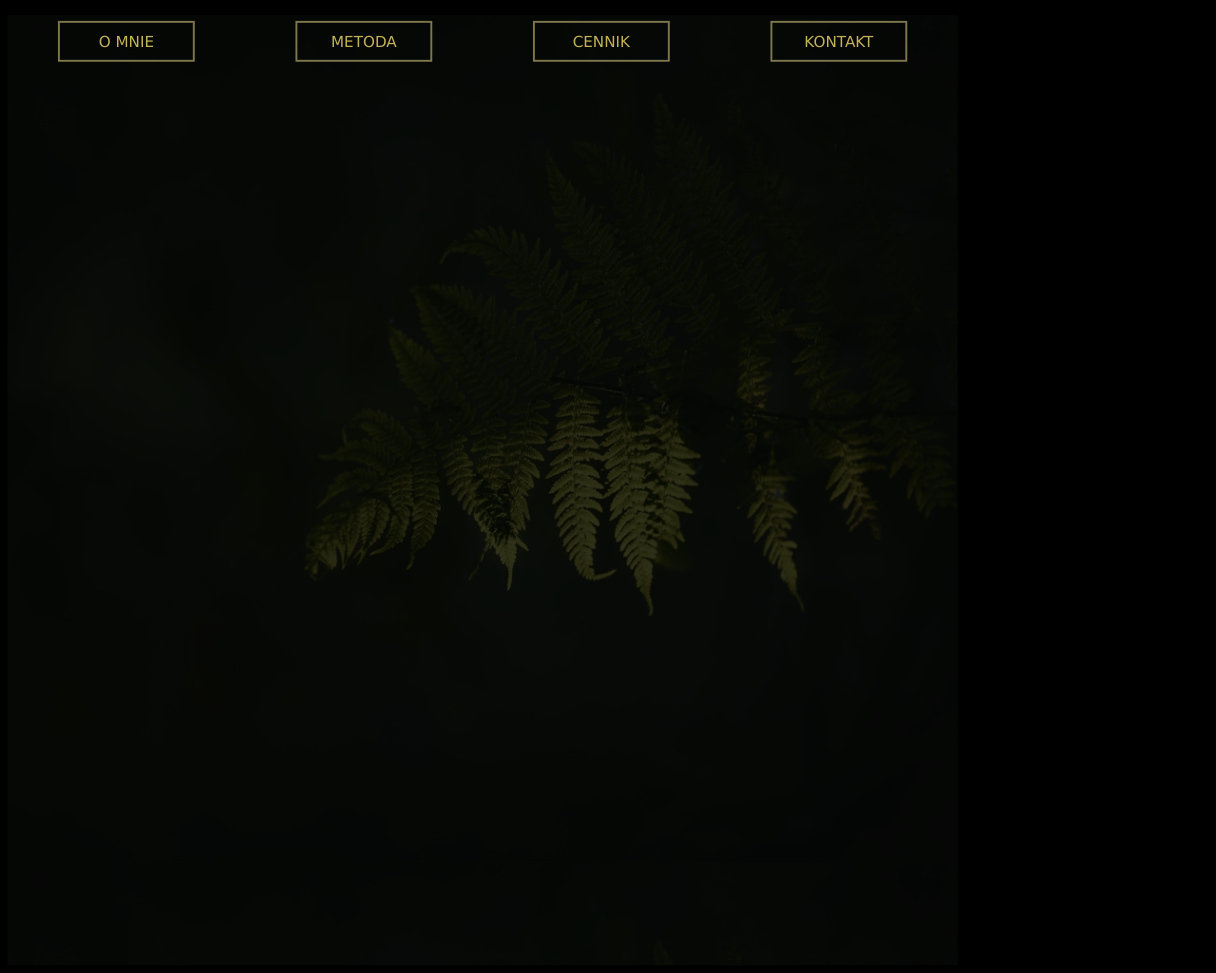
Repository: LechCieslak/Anna_Cieslak_v2.1
Page: index.html
An editor plug-in stored every save of this project. The page is shown before and after a run of saves, followed by the edit.
The browser window is 1280 px wide. The pictures show the whole page, at 95% of full size.

Above is the page before, as saved 2020-09-17 16:05:29.

### index.html
<!DOCTYPE html>
<html lang="pl">
<head>
    <meta charset="UTF-8">
    <meta name="viewport" content="width=device-width, initial-scale=1.0">
    <link rel="stylesheet" href="style.css">
    <title>Przyjazne miejsce</title>
</head>
<body>
    <main>

            <div class="menu">
                <ul>
                    <li class="li1">O MNIE</li>
                    <li class="li2">METODA</li>
                    <li class="li3">CENNIK</li>
                    <li class="li4">KONTAKT</li>
                </ul>
            </div>

            <div class="oMnie shape">
                <h1>O MNIE</h1>
                <p>Anna Cieślak - psycholog, psychoterapeuta
                    <br><br>
                    Prowadzę indywidualną długoterminową psychoterapię osób dorosłych oraz młodzieży 16+. Od kilku lat w duchu Rodzicielstwa Bliskości wspieram rodziców oraz nauczycieli w codziennych wyzwaniach związanych z budowaniem relacji z dziećmi. Pracuję z dziećmi i młodzieżą w placówkach edukacyjnych (głównie są to tzw. szkoły alternatywne, realizujące program MEN w autorski sposób). <br>
                    W swojej pracy łączę humanistyczne i psychodynamiczne spojrzenie na klienta. Ukończyłam kursy i szkolenia z zakresu psychoterapii i psychopedagogiki w Ośrodku Terapii i Rozwoju Gestalt, w Laboratorium Psychoedukacji, Podyplomowym Studium Relacji Interpersonalnych i Profilaktyki Uzależnień UKSW oraz Akademii Rodziców i Wychowawców w Fundacji Bullerbyn. Ważnym dla mnie doświadczeniem było szkolenie wstępne z zakresu NVC prowadzone przez Zofię Schacht-Petersen. <br>
                    Prywatną praktykę prowadzę od 2013 roku. Swoją pracę poddaję regularnej superwizji, prowadzonej przez superwizora Polskiego Towarzystwa Psychologicznego.</p>
            </div>

            <div class="metoda shape">
                <h1>METODA</h1>
                <p>Lorem, ipsum dolor sit amet consectetur adipisicing elit. Tenetur illum, dolores ipsum earum qui eligendi quaerat itaque debitis quo cumque repudiandae fugit quisquam nisi quas sunt voluptatem alias enim vero porro reprehenderit. Quisquam possimus labore voluptate facere voluptatum mollitia eveniet dicta quis vitae ullam quae saepe veniam quos ut, dolor, fuga repellat, veritatis quam modi odio placeat! Vero, reprehenderit repellendus? Delectus sit voluptate minus quam ratione numquam ipsum nemo commodi rem nesciunt consequatur, sunt cumque, repellat aliquam excepturi dolores aut suscipit minima nisi veritatis itaque ad explicabo perspiciatis voluptatibus! Cumque id adipisci officiis facere, tenetur quod provident. Eveniet, exercitationem necessitatibus.</p>
            </div>

            <div class="cennik shape">
                <h1>CENNIK</h1>
                <p>Lorem, ipsum dolor sit amet consectetur adipisicing elit. Tenetur illum, dolores ipsum earum qui eligendi quaerat itaque debitis quo cumque repudiandae fugit quisquam nisi quas sunt voluptatem alias enim vero porro reprehenderit. Quisquam possimus labore voluptate facere voluptatum mollitia eveniet dicta quis vitae ullam quae saepe veniam quos ut, dolor, fuga repellat, veritatis quam modi odio placeat! Vero, reprehenderit repellendus? Delectus sit voluptate minus quam ratione numquam ipsum nemo commodi rem nesciunt consequatur, sunt cumque, repellat aliquam excepturi dolores aut suscipit minima nisi veritatis itaque ad explicabo perspiciatis voluptatibus! Cumque id adipisci officiis facere, tenetur quod provident. Eveniet, exercitationem necessitatibus.</p>
            </div>

            <div class="kontakt shape">
                <h1>KONTAKT</h1>
                <p>Lorem, ipsum dolor sit amet consectetur adipisicing elit. Tenetur illum, dolores ipsum earum qui eligendi quaerat itaque debitis quo cumque repudiandae fugit quisquam nisi quas sunt voluptatem alias enim vero porro reprehenderit. Quisquam possimus labore voluptate facere voluptatum mollitia eveniet dicta quis vitae ullam quae saepe veniam quos ut, dolor, fuga repellat, veritatis quam modi odio placeat! Vero, reprehenderit repellendus? Delectus sit voluptate minus quam ratione numquam ipsum nemo commodi rem nesciunt consequatur, sunt cumque, repellat aliquam excepturi dolores aut suscipit minima nisi veritatis itaque ad explicabo perspiciatis voluptatibus! Cumque id adipisci officiis facere, tenetur quod provident. Eveniet, exercitationem necessitatibus.</p>
            </div>
    </main>


    <script src="app.js"></script>
</body>
</html>

### style.css
* {
    font-family: verdana;
    padding: 0px;
}

body {
    --tlo: #4C6464;
    --text: #C5B358;
    --ramka: #7F784E;
    background-position-x: center;
    background-color: black;
    color: var(--text);
    /* animation: backgroundEffPoz 3s forwards; */
    width: 1000px;
    height: 1000px;
    display: block;
    position: relative;
}

body::after {
    content: "";
    background: url("images/background-poz.jpg");
    /* background-color: red; */
    opacity: 0.2;
    top: 0;
    left: 0;
    bottom: 0;
    right: 0;
    position: absolute;
    z-index: -1;
}

ul {
    display: flex;
    justify-content: space-around;
}

.menu li {
    margin-top: 6px;
    padding: 10px;
    display: inline-block;
    border: solid 2px var(--ramka);
    list-style-type: none;
    width: 120px;
    cursor: pointer;
    text-align: center;
}

.shape {
    border: solid 3px var(--ramka);
    /* width: 70%; */
    opacity: 0;
    padding: 10px;
    position: absolute;
    text-align: justify;
}

.nowa {
    opacity: 1;
}

@keyframes backgroundEffPoz {
    100% {
            background-image: url("images/background-poz.jpg");
    }
}
@keyframes backgroundEffPion {
    100% {
            background-image: url("images/background-pion.jpg");
    }
}

/* style css - duże ekrany
@media (min-width: 1100px) {
    body {
        font-size: 30px;
    }
} */

@media (max-width: 600px) {
    body {
        /* style css - tel. pionowo */
        /* background-image: url("images/background-pion.jpg"); */
        font-size: 10px;
        background-position-x: center;
        animation: backgroundEffPion 3s forwards;
    }

    .menu li {
        width: 50px;
        height: 8px;
        padding-top: 6px;
    }
}

@media (max-width: 320px) {
    ul {
        width: 55px;
        display: block;
    }
}

### app.js
let a = document.querySelector('.li1');
let b = document.querySelector('.oMnie');
let c = document.querySelector('.li2');
let d = document.querySelector('.metoda');
let e = document.querySelector('.li3');
let f = document.querySelector('.cennik');
let g = document.querySelector('.li4');
let h = document.querySelector('.kontakt');

a.addEventListener('click', e => {
  b.classList.toggle("nowa");
  d.classList.remove("nowa");
  f.classList.remove("nowa");
  h.classList.remove("nowa");
});


c.addEventListener('click', e => {
  d.classList.toggle("nowa");
  b.classList.remove("nowa");
  f.classList.remove("nowa");
  h.classList.remove("nowa");
});

e.addEventListener('click', e => {
  f.classList.toggle("nowa");
  b.classList.remove("nowa");
  d.classList.remove("nowa");
  h.classList.remove("nowa");
});


g.addEventListener('click', e => {
  h.classList.toggle("nowa");
  b.classList.remove("nowa");
  d.classList.remove("nowa");
  f.classList.remove("nowa");
});

After the next 2 saves:
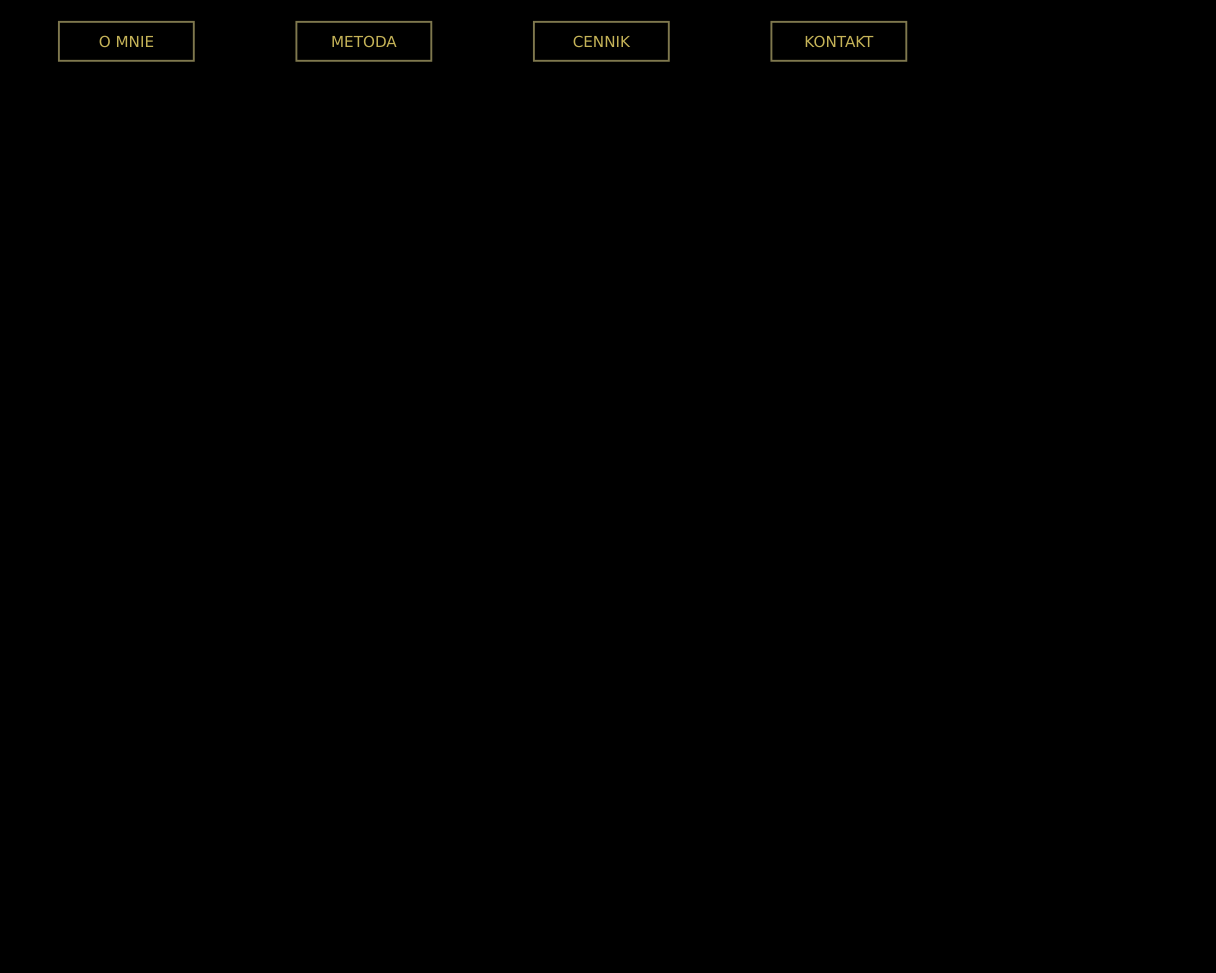
The 2 saves are shown as one change because they came seconds apart.
The last was saved 38 s later.
--- a/style.css
+++ b/style.css
@@ -19,9 +19,9 @@
 
 body::after {
     content: "";
-    background: url("images/background-poz.jpg");
+    background: url("images/background-poz.jpg") opacity: 0.2;
     /* background-color: red; */
-    opacity: 0.2;
+    ;
     top: 0;
     left: 0;
     bottom: 0;

After the 4 saves that followed:
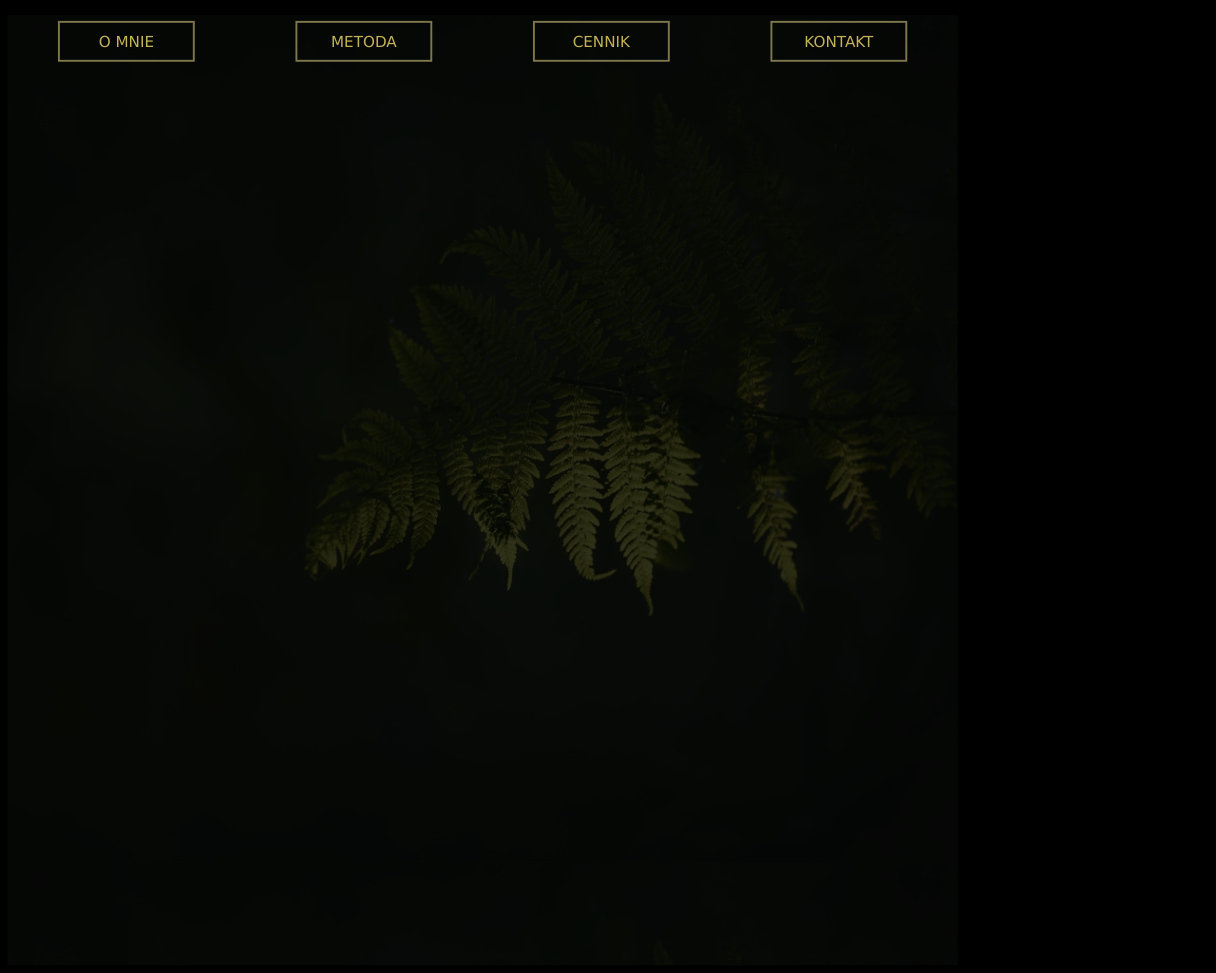
The 4 saves are shown as one change because they came seconds apart.
The last was saved 25 s later.
--- a/style.css
+++ b/style.css
@@ -19,9 +19,9 @@
 
 body::after {
     content: "";
-    background: url("images/background-poz.jpg") opacity: 0.2;
+    background: url("images/background-poz.jpg"); opacity: 0.2;
     /* background-color: red; */
-    ;
+
     top: 0;
     left: 0;
     bottom: 0;
